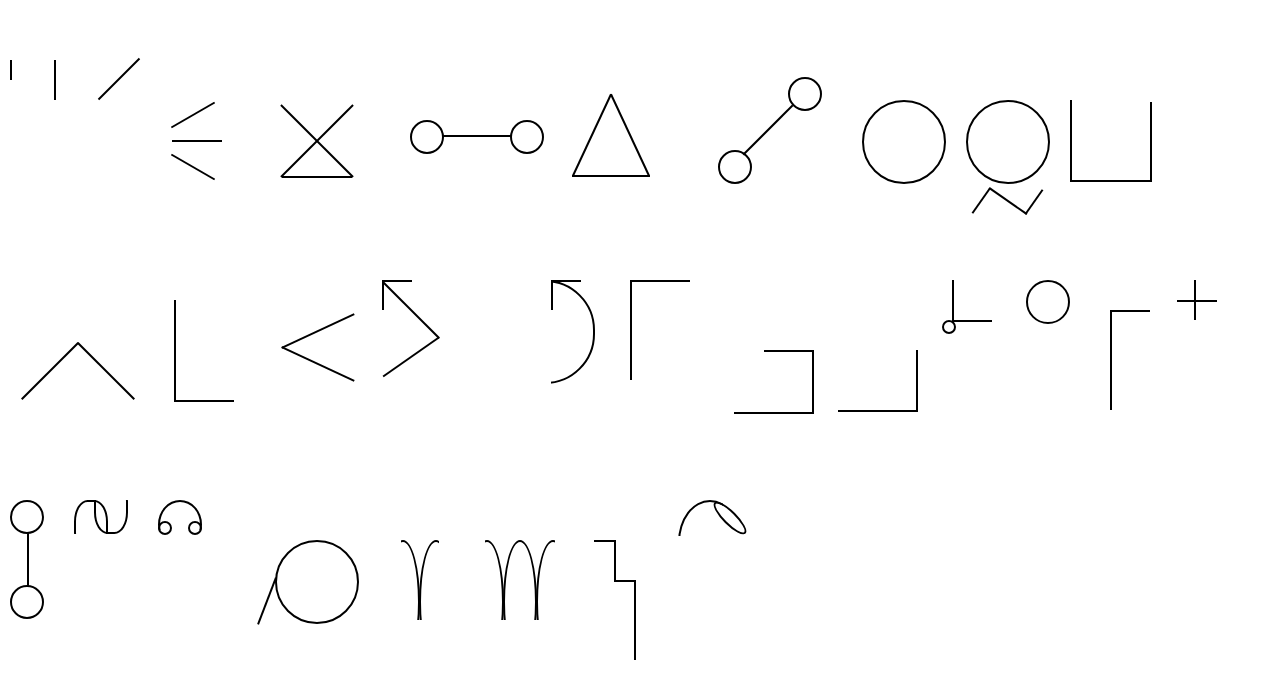
Repository: raghu225/raghu225.github.io
Page: type/alphabet.html
The author's editor kept a record of every edit. The page is drawn from the files as they stood at one moment, then again after the next edit.
The browser window is 1280 px wide. The pictures show the whole page.
Some web libraries are served in a nearby version.

Above is the page before.

### type/alphabet.html
<html>

    <head>
        <title>Urvi</title>
        <link href="assets/css/alphabet.css" rel="stylesheet" type="text/css" />
        <link href="assets/css/style.css" rel="stylesheet" type="text/css" />
        <script src="https://ajax.googleapis.com/ajax/libs/jquery/1.11.2/jquery.min.js"></script>
        <link rel="icon" type="image/png" href="assets/favicon/favicon1.png">
    </head>

    <body>

        <div class="wrap">
            <div class="letter w1">
                <div class="small-a"></div>
            </div>

            <div class="letter w1">
                <div class="big-a"></div>
            </div>

            <div class="letter w2">
                <div class="small-i"></div>
            </div>

            <div class="letter w3">
                <div class="e">
                    <div class="e-top"></div>
                    <div class="e-mid"></div>
                    <div class="e-bottom"></div>
                </div>
            </div>

            <div class="letter w4">
                <div class="small-u">
                    <div class="small-u-cross-left"></div>
                    <div class="small-u-cross-right"></div>
                    <div class="small-u-horizontal"></div>
                </div>
            </div>

            <div class="letter w5">
                <div class="oo">
                    <div class="oo-circle-left"></div>
                    <div class="oo-horizontal"></div>
                    <div class="oo-circle-right"></div>
                </div>
            </div>

            <div class="letter w4">
                <div class="a">
                    <div class="a-cross-left"></div>
                    <div class="a-cross-right"></div>
                    <div class="a-horizontal"></div>
                </div>
            </div>

            <div class="letter w4">
                <div class="eh">
                    <div class="eh-circle-left"></div>
                    <div class="eh-diagonal"></div>
                    <div class="eh-circle-right"></div>
                </div>
            </div>

            <div class="letter w3">
                <div class="o"></div>
            </div>

            <div class="letter w3">
                <div class="big-o">
                    <div class="big-o-circle"></div>
                    <div class="big-o-line1"></div>
                    <div class="big-o-line2"></div>
                    <div class="big-o-line3"></div>
                </div>
            </div>

            <div class="letter w3">
                <div class="u">
                    <div class="u-vertical1"></div>
                    <div class="u-horizontal"></div>
                    <div class="u-vertical2"></div>
                </div>
            </div>

            <div class="letter w5">
                <div class="ah">
                    <div class="ah-left"></div>
                    <div class="ah-right"></div>
                </div>
            </div>



            <div class="letter w3">
                <div class="b">
                    <div class="b-vertical"></div>
                    <div class="b-horizontal"></div>
                </div>
            </div>

            <div class="letter w3">
                <div class="c">
                    <div class="c-top"></div>
                    <div class="c-bottom"></div>
                </div>
            </div>

            <div class="letter w3">
                <div class="d">
                    <div class="d-vertical"></div>
                    <div class="d-horizontal"></div>
                    <div class="d-bottom"></div>
                    <div class="d-top"></div>
                </div>
            </div>

            <div class="letter w4">
                <div class="dh">
                    <div class="dh-vertical"></div>
                    <div class="dh-horizontal"></div>
                    <div class="dh-stem"></div>
                    <div class="dh-block"></div>
                </div>
            </div>

            <div class="letter w3">
                <div class="f">
                    <div class="f-vertical"></div>
                    <div class="f-horizontal"></div>
                </div>
            </div>

            <div class="letter w3">
                <div class="g">
                    <div class="g-horizontal-top"></div>
                    <div class="g-vertical"></div>
                    <div class="g-horizontal-bottom"></div>
                </div>
            </div>

            <div class="letter w3">
                <div class="j">
                    <div class="j-vertical"></div>
                    <div class="j-horizontal"></div>
                </div>
            </div>

            <div class="letter w6">
                <div class="l">
                    <div class="l-vertical"></div>
                    <div class="l-horizontal"></div>
                    <div class="l-circle"></div>
                </div>
            </div>

            <div class="letter w6">
                <div class="n"></div>
            </div>

            <div class="letter w2">
                <div class="p">
                    <div class="p-vertical"></div>
                    <div class="p-horizontal"></div>
                </div>
            </div>

            <div class="letter w2">
                <div class="t">
                    <div class="t-vertical"></div>
                    <div class="t-horizontal"></div>
                </div>
            </div>

            <div class="letter w2">
                <div class="aa">
                    <div class="aa-circle-top"></div>
                    <div class="aa-vertical"></div>
                    <div class="aa-circle-bottom"></div>
                </div>
            </div>

            <div class="letter w6">
                <div class="h">
                    <div class="h-left"></div>
                    <div class="h-right"></div>
                    <div class="h-top-block"></div>
                    <div class="h-bottom-block"></div>
                </div>
            </div>

            <div class="letter w6">
                <div class="m">
                    <div class="m-top"></div>
                    <div class="m-block"></div>
                    <div class="m-circle-left"></div>
                    <div class="m-circle-right"></div>
                </div>
            </div>

            <div class="letter w4">
                <div class="s">
                    <div class="s-circle"></div>
                    <div class="s-line"></div>
                </div>
            </div>

            <div class="letter w6">
                <div class="v">
                    <div class="v-left"></div>
                    <div class="v-right"></div>
                    <div class="v-block-left"></div>
                    <div class="v-block-right"></div>
                    <div class="v-block-bottom"></div>
                </div>
            </div>

            <div class="letter w7">
                <div class="w">
                    <div class="w-left"></div>
                    <div class="w-center"></div>
                    <div class="w-right"></div>
                    <div class="w-block-left"></div>
                    <div class="w-block-right"></div>
                    <div class="w-block-bottom"></div>
                </div>
            </div>

            <div class="letter w6">
                <div class="z">
                    <div class="z-horizontal-1"></div>
                    <div class="z-vertical-1"></div>
                    <div class="z-horizontal-2"></div>
                    <div class="z-vertical-2"></div>
                </div>
            </div>



            <div class="letter">
                <div class="r">
                    <div class="r-left"></div>
                    <div class="r-block-right"></div>
                    <div class="r-block-bottom"></div>
                    <div class="r-right"></div>
                </div>
            </div>

        </div>




        <script src="assets/js/application.js"></script>
    </body>

</html>

### type/assets/css/alphabet.css


.wrap{
    /*background-color: black;*/
    /*color: black;*/
    /*display: inline-block;*/
    width: 1250px;
    /*height: 3300px;*/
    /*margin-left: 10px;*/
}

.letter {
    position: relative;
    vertical-align: top;
    display: inline-block;
    margin: 60 10px 20px 10;
    height: 140px;
    /*width: 80px;*/
}

.w1 { width: 20px; }

.w2 { width: 40px; }

.w3 { width: 80px; }

.w4 { width: 120px; }

.w5 { width: 140px; }

.w6 { width: 60px; }

.w7 { width: 100px; }


.small-a{
    height: 20px;
    width: 2px;
    background-color: black;
    /*display: inline-block;*/
    /*margin-left: 10px;*/
}

.big-a{
    height: 40px;
    width: 2px;
    background-color: black;
    /*display: inline-block;*/
}

.small-i {
    height: 58px;
    width: 2px;
    background-color: black;
    transform: rotate(45deg);
    /*display: inline-block;*/
    margin-top: -10px;
    margin-left: 20px;
}


.e-top {
    height: 50px;
    width: 2px;
    background-color: black;
    transform: rotate(60deg);
    /*display: inline-block;*/
    margin-left: 30px;
    margin-top: 30px;
}

.e-mid {
    height: 2px;
    width: 50px;
    background-color: black;
    /*display: inline-block;*/
    margin-left: 10px;
    /*margin-top: 5px;*/
}

.e-bottom {
    height: 50px;
    width: 2px;
    background-color: black;
    transform: rotate(-60deg);
    margin-left: 30px;
    /*margin-top: 5px;*/
}

.small-u-cross-left {
    height: 102px;
    width: 2px;
    background-color: black;
    transform: rotate(-45deg);
    position: absolute;
    margin-left: 50px;
    margin-top: 30px;
    /*display: inline-block;*/
}

.small-u-cross-right {
    height: 102px;
    width: 2px;
    background-color: black;
    transform: rotate(45deg);
    position: absolute;
    margin-left: 50px;
    margin-top: 30px
}

.small-u-horizontal {
    background-color: black;
    position: absolute;
    margin-left: 16px;
    height: 2px;
    width: 70px;
    margin-top: 116px;
}

.oo-circle-left {
	width: 30px;
	height: 30px;
	border: solid black 2px;
	border-radius: 50px;
	margin-top: 60px;
	/*margin-left: 80px;*/
	position: absolute;
}

.oo-horizontal {
    width: 70px;
    height: 2px;
    background-color: black;
    margin-left: 32px;
    position: absolute;
    margin-top: 75px;
}

.oo-circle-right {
	width: 30px;
	height: 30px;
	border: solid black 2px;
	border-radius: 50px;
	margin-top: 60px;
	margin-left: 100px;
	position: absolute;
}

/*.a {*/
/*	width: 0;*/
/*	height: 0;*/
/*	border-left: 50px solid transparent;*/
/*	border-right: 50px solid transparent;*/
/*	border-bottom: 80px solid black;*/
/*	margin-top: 40px;*/
/*	margin-left: 160px;*/
	/*margin-top: 180px;*/
/*}*/

.a-cross-left {
    height: 90px;
    width: 2px;
    background-color: black;
    transform: rotate(-25deg);
    position: absolute;
    margin-left: 55px;
    margin-top: 30px;
    /*display: inline-block;*/
}

.a-cross-right {
    height: 90px;
    width: 2px;
    background-color: black;
    transform: rotate(25deg);
    position: absolute;
    margin-left: 17px;
    margin-top: 30px
}

.a-horizontal {
    background-color: black;
    position: absolute;
    margin-left: -2px;
    height: 2px;
    width: 78px;
    margin-top: 115px;
}

/*.diagonal {*/
/*    margin-top: 300px;*/
/*    margin-left: 10px;*/
/*    transform: rotate(135deg);*/
    /*height: 100px;*/
    /*width: 100px;*/
/*}*/

.eh-circle-left {
	width: 30px;
	height: 30px;
	border: solid black 2px;
	-moz-border-radius: 15px;
	-webkit-border-radius: 15px;
	border-radius: 50px;
	margin-top: 90px;
	/*margin-left: 10px;*/
	position: absolute;
}

.eh-diagonal {
    width: 70px;
    height: 2px;
    background-color: black;
    margin-left: 15px;
    position: absolute;
    margin-top: 69px;
    transform: rotate(135deg);
}

.eh-circle-right {
	width: 30px;
	height: 30px;
	border: solid black 2px;
	-moz-border-radius: 15px;
	-webkit-border-radius: 15px;
	border-radius: 50px;
	margin-top: 17px;
	margin-left: 70px;
	position: absolute;
}

.o {
    width: 80px;
	height: 80px;
	border: solid black 2px;
	-moz-border-radius: 15px;
	-webkit-border-radius: 15px;
	border-radius: 50px;
	margin-top: 40px;
	/*margin-left: 60px;*/
}

.big-o-circle {
    width: 80px;
	height: 80px;
	border: solid black 2px;
	-moz-border-radius: 15px;
	-webkit-border-radius: 15px;
	border-radius: 50px;
	margin-top: 40px;
	/*margin-left: 10px;*/
	position: absolute;
}

.big-o-line1 {
    width: 30px;
    height: 2px;
    background-color: black;
    transform: rotate(125deg);
    display: inline-block;
    /*margin-left: 10px;*/
    margin-top: 140px;
}

.big-o-line2 {
    width: 46px;
    height: 2px;
    background-color: black;
    transform: rotate(35deg);
    display: inline-block;
    margin-left: -15;

}

.big-o-line3 {
    width: 30px;
    height: 2px;
    background-color: black;
    transform: rotate(125deg);
    display: inline-block;
    margin-left: 53;
    margin-top: -5px;
}

.u-vertical1 {
    height: 80px;
    width: 2px;
    background-color: black;
    margin-top: 40px;
    position: relative;
    /*margin-left: 10px;*/
}

.u-horizontal {
    height: 2px;
    width: 80px;
    /*margin-left: 10px;*/
    background-color: black;
    position: relative;
}

.u-vertical2 {
    height: 80px;
    width: 2px;
    /*margin-left: 10px;*/
    background-color: black;
    margin-top: -80px;
    margin-left: 80px;
    display: inline-block;
    position: absolute;
}

.ah-left {
    width: 80px;
    height: 2px;
    background-color: black;
    transform: rotate(135deg);
    margin-top: 90px;
    /*position: relative;*/
    display: inline-block;
}

.ah-right {
    width: 80px;
    height: 2px;
    background-color: black;
    transform: rotate(45deg);
    margin-top: 50px;
    /*position: absolute;*/
    display: inline-block;
    margin-left: -28px;
}

.b-vertical {
    width: 2px;
    height: 100px;
    background-color: black;
    margin-top: 20px;
    /*margin-left: 10px;*/
}

.b-horizontal {
    width: 60px;
    height: 2px;
    background-color: black;
    /*margin-left: 10px;*/
}

.c-top {
    width: 80px;
    height: 2px;
    background-color: black;
    /*margin-left: 10px;*/
    margin-top: 50px;
    transform: rotate(155deg);
}

.c-bottom {
    width: 80px;
    height: 2px;
    background-color: black;
    /*margin-left: 10px;*/
    margin-top: 31px;
    transform: rotate(25deg);
}

.d-vertical {
    width: 2px;
    height: 30px;
    background-color: black;
    margin-top: 0px;
    /*margin-left: 10px;*/
}

.d-horizontal {
    width: 30px;
    height: 2px;
    background-color: black;
    margin-top: -30px;
    /*margin-left: 10px;*/
}

.d-top {
    height: 80px;
    width: 2px;
    background-color: black;
    transform: rotate(135deg);
    margin-top: -12px;
    margin-left: 28px;
    position: absolute;
}

.d-bottom {
    height: 68px;
    width: 2px;
    background-color: black;
    transform: rotate(55deg);
    margin-top: 40.5px;
    margin-left: 28px;
    position: absolute;
}

.dh-vertical {
    width: 2px;
    height: 30px;
    background-color: black;
    margin-top: 0px;
    margin-left: 65px;
}

.dh-horizontal {
    width: 30px;
    height: 2px;
    background-color: black;
    margin-top: -30px;
    margin-left: 65px;
}

.dh-stem {
    border: solid black 2px;
    width: 100px;
    height: 100px;
    border-radius: 50px;
    margin-left: 5px;
    margin-top: -2px;
}

.dh-block {
    background-color: white;
    width: 60px;
    height: 150px;
    display: inline-block;
    margin-top: -120px;
    margin-left: 5px;
}

.f-vertical {
    background-color: black;
    width: 2px;
    height: 100px;
    /*margin-top: -120px;*/
    /*margin-left: -10px;*/
}

.f-horizontal {
    background-color: black;
    width: 60px;
    height: 2px;
    display: inline-block;
    margin-left: 0px;
    margin-top: -100px;
}

.g-horizontal-top {
    background-color: black;
    width: 50px;
    height: 2px;
    margin-left: 30px;
    margin-top: 70px;
}

.g-vertical {
    background-color: black;
    width: 2px;
    height: 60px;
    /*margin-top: -120px;*/
    margin-left: 78px;
}

.g-horizontal-bottom {
    background-color: black;
    width: 80px;
    height: 2px;
    /*margin-left: 30px;*/
    /*margin-top: 50px;*/
}

.j-vertical {
    background-color: black;
    width: 2px;
    height: 60px;
    margin-top: 70px;
    margin-left: 78px;
}

.j-horizontal {
    background-color: black;
    width: 80px;
    height: 2px;
}

.l-vertical {
    background-color: black;
    width: 2px;
    height: 40px;
    margin-top: 0px;
    margin-left: 10px;
}

.l-horizontal {
    background-color: black;
    width: 40px;
    height: 2px;
    /*margin-top: 50px;*/
    margin-left: 10px;
}

.l-circle {
    width: 10px;
    height: 10px;
    border-radius: 50%;
    border: solid black 2px;
    margin-left: 0px;
    margin-top: -2.5px;
}

.n {
    width: 40px;
    height: 40px;
    border-radius: 50%;
    border: solid black 2px;
    margin-top: 0px;
}

.p-vertical {
    background-color: black;
    width: 2px;
    height: 100px;
    margin-top: 30px;
}

.p-horizontal {
    background-color: black;
    width: 40px;
    height: 2px;
    margin-top: -100px;
    display: inline-block;
}

.t-vertical {
    background-color: black;
    width: 2px;
    height: 40px;
    margin-top: 0px;
    /*display: inline-block;*/
    position: absolute;
    margin-left: 20px;
    /*position: relative;*/
}

.t-horizontal {
    background-color: black;
    width: 40px;
    height: 2px;
    margin-top: 20px;
    margin-left: 3px;
    /*display: inline-block;*/
    position: absolute;
}

.aa-circle-top {
	width: 30px;
	height: 30px;
	border: solid black 2px;
	-moz-border-radius: 15px;
	-webkit-border-radius: 15px;
	border-radius: 50px;
	/*margin-top: 120px;*/
	/*margin-left: 40px;*/
	position: absolute;
}

.aa-vertical {
    height: 55px;
    width: 2px;
    background-color: black;
    margin-left: 17px;
    position: absolute;
    margin-top: 32px;
}

.aa-circle-bottom {
	width: 30px;
	height: 30px;
	border: solid black 2px;
	-moz-border-radius: 15px;
	-webkit-border-radius: 15px;
	border-radius: 50px;
	margin-top: 85px;
	/*margin-left: 40px;*/
	position: absolute;
}

.h-left {
    width: 30px;
    height: 50px;
    border-radius: 40%;
    border: solid black 2px;
    margin-top: 0px;
    /*margin-left: 70px;*/
    position: absolute;
}

.h-right {
    width: 30px;
    height: 50px;
    border-radius: 40%;
    border: solid black 2px;
    margin-top: -20px;
    position: absolute;
    margin-left: 20px;
}

.h-top-block {
    width: 80px;
    height: 20px;
    background-color: white;
    /*border: solid red;*/
    margin-top: -20px;
    /*margin-left: 0px;*/
    margin-bottom: 0px;
    position: absolute;
}

.h-bottom-block {
    width: 80px;
    height: 20px;
    background-color: white;
    /*border: solid red;*/
    margin-top: 34px;
    /*margin-left: -10px;*/
    margin-bottom: 0px;
    position: absolute;
}

.m-top {
    width: 40px;
    height: 45px;
    border-radius: 50%;
    border: solid black 2px;
    margin-top: 0px;
    /*margin-left: 120px;*/
    position: absolute;
}

.m-block {
    width: 50px;
    height: 20px;
    margin-top: 30px;
    /*margin-left: -px;*/
    position: absolute;
    background-color: white;
}

.m-circle-left {
    width: 10px;
	height: 10px;
	border: solid black 2px;
	border-radius: 50px;
	position: absolute;
	margin-top: 21px;
	/*margin-left: 120px;*/
}

.m-circle-right {
    width: 10px;
	height: 10px;
	border: solid black 2px;
	border-radius: 50px;
	position: absolute;
	margin-top: 21px;
	margin-left: 30px;
}

.s-circle {
    width: 80px;
	height: 80px;
	border: solid black 2px;
	border-radius: 50px;
	margin-top: 40px;
	margin-left: 33px;
	position: absolute;
}

.s-line {
    width: 50px;
    height: 2px;
    background-color: black;
    transform: rotate(111deg);
    position: absolute;
    margin-top: 100px;
    /*margin-left: 150px;*/
}

.v-left {
    width: 30px;
	height: 120px;
	border: solid black 2px;
	border-radius: 50%;
	margin-top: 40px;
	/*margin-left: -990px;*/
	position: absolute;
}

.v-right {
    width: 30px;
	height: 120px;
	border: solid black 2px;
	border-radius: 50%;
	margin-top: 40px;
	margin-left: 33px;
	position: absolute;
}

.v-block-left {
    position: absolute;
    width: 15px;
    height: 130px;
    /*border: solid red 1px;*/
    background-color: white;
    margin-top: 35px;
    /*margin-left: -992px;*/
}

.v-block-right {
    position: absolute;
    width: 15px;
    height: 130px;
    /*border: solid red 1px;*/
    background-color: white;
    margin-top: 35px;
    margin-left: 52.5px;
    z-index: 0;
}

.v-block-bottom {
    position: absolute;
    width: 70px;
    height: 60px;
    /*border: solid red 1px;*/
    background-color: white;
    margin-top: 120px;
    /*margin-left: -992px;*/
    z-index: 0;
}

.w-left {
    width: 30px;
	height: 120px;
	border: solid black 2px;
	border-radius: 50%;
	margin-top: 40px;
	/*margin-left: -995px;*/
	position: absolute;
}

.w-center {
    width: 30px;
	height: 120px;
	border: solid black 2px;
	border-radius: 50%;
	margin-top: 40px;
	margin-left: 33px;
	position: absolute;
}

.w-right {
    width: 30px;
	height: 120px;
	border: solid black 2px;
	border-radius: 50%;
	margin-top: 40px;
	margin-left: 66px;
	position: absolute;
}

.w-block-left {
    position: absolute;
    width: 15px;
    height: 130px;
    /*border: solid red 1px;*/
    background-color: white;
    margin-top: 40px;
    /*margin-left: -997px;*/
}

.w-block-right {
    position: absolute;
    width: 15px;
    height: 130px;
    /*border: solid red 1px;*/
    background-color: white;
    margin-top: 40px;
    margin-left: 85px;
    z-index: 0;
}

.w-block-bottom {
    position: absolute;
    width: 100px;
    height: 60px;
    /*border: solid red 1px;*/
    background-color: white;
    margin-top: 120px;
    margin-left: 00px;
    z-index: 0;
}

.z-horizontal-1 {
    position: absolute;
    width: 20px;
    height: 2px;
    background-color: black;
    margin-top: 40px;
    /*margin-left: 180px;*/
}

.z-vertical-1 {
    position: absolute;
    width: 2px;
    height: 40px;
    background-color: black;
    margin-top: 40px;
    margin-left: 20px;
}

.z-horizontal-2 {
    position: absolute;
    width: 20px;
    height: 2px;
    background-color: black;
    margin-top: 80px;
    margin-left: 20px;
}

.z-vertical-2 {
    position: absolute;
    width: 2px;
    height: 80px;
    background-color: black;
    margin-top: 80px;
    margin-left: 40px;
}

.y-circle {
    position: absolute;
    width: 80px;
    height: 80px;
    border-radius: 50%;
    border: solid black 2px;
    margin-top: 40px;
    /*margin-left: 200px;*/
}

.y-horizontal {
    position: absolute;
    margin-top: 122px;
    width: 80px;
    height: 2px;
    background-color: black;
    margin-left: 38px;
}

.y-vertical {
    position: absolute;
    margin-top: 94px;
    width: 2px;
    height: 30px;
    background-color: black;
    margin-left: 118px;
}

.y-block {
    /*border: solid red 1px;*/
    margin-top: 30px;
    position: absolute;
    width: 50px;
    height: 100px;
    /*margin-left: 200px;*/
    background-color: white;

}

.r-left {
    position: absolute;
    width: 60px;
    height: 80px;
    border-radius: 50%;
    border: solid black 2px;
    /*margin-top: -46px;*/
    /*margin-left: 310px;*/
}

.r-block-right {
    /*border: solid red 1px;*/
    margin-top: -4px;
    position: absolute;
    width: 30px;
    height: 100px;
    margin-left: 45px;
    background-color: white;
}

.r-right {
    position: absolute;
    width: 10px;
    height: 40px;
    border-radius: 50%;
    border: solid black 2px;
    margin-top: -4px;
    margin-left: 45px;
    transform: rotate(135deg);
}

.r-block-bottom {
    /*border: solid red 1px;*/
    margin-top: 36px;
    position: absolute;
    width: 60px;
    height: 50px;
    /*margin-left: 310px;*/
    background-color: white;
}

### type/assets/css/style.css

html, body {
    height: 100%;
}

body {
    margin: 0;
    padding: 0;
}

.bg {
    width: 100%;
    height: 100%;
    margin: 0px;
}

.bg1 { background-color: #ceeffa; }

.bg2 { background-color: #f5eaff; }

.bg3 { background-color: #ceeffa; }

.bg4 { background-color: #d7f2dc; }

.bg5 { background-color: #f0f2dc; }

.bg6 { background-color: #ffd7d7; }

.bg7 { background-color: #f0effa; }

.title {
    font-family: Avenir, 'Helvetica Neue', Helvetica, sans-serif;
    font-weight: bolder;
}

.title {
    font-size: 200px;
    margin: 0 auto;
    text-align: center;
}

.title1 { font-size: 250px; height: 210px; }

.title2 { font-size: 200px; }

.title3 { font-size: 90px; }

.title4 { font-size: 70px; }

.title5 { font-size: 60px; }

/*.hi { */
/*    height: 20px;*/
/*}*/

.grey {
    background-color: #6d6e70;
}

.hide {
    opacity: 0;
}

### type/assets/js/application.js
// $('.trigger').waypoint(function(direction) {
//     alert('trigger!');
// },{ offset: 0 });

After the next edit:
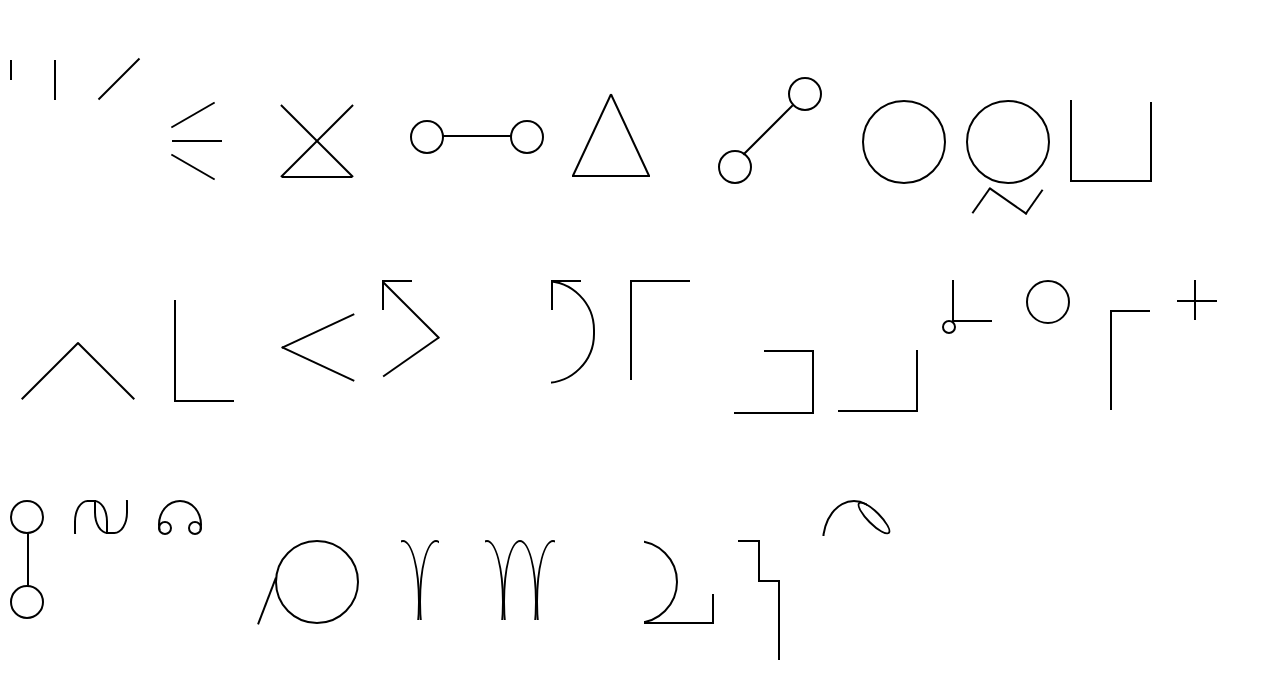
The edit:
--- a/type/alphabet.html
+++ b/type/alphabet.html
@@ -227,6 +227,15 @@
                 </div>
             </div>
 
+            <div class="letter w4">
+                <div class="y">
+                    <div class="y-circle"></div>
+                    <div class="y-horizontal"></div>
+                    <div class="y-vertical"></div>
+                    <div class="y-block"></div>
+                </div>
+            </div>
+
             <div class="letter w6">
                 <div class="z">
                     <div class="z-horizontal-1"></div>
